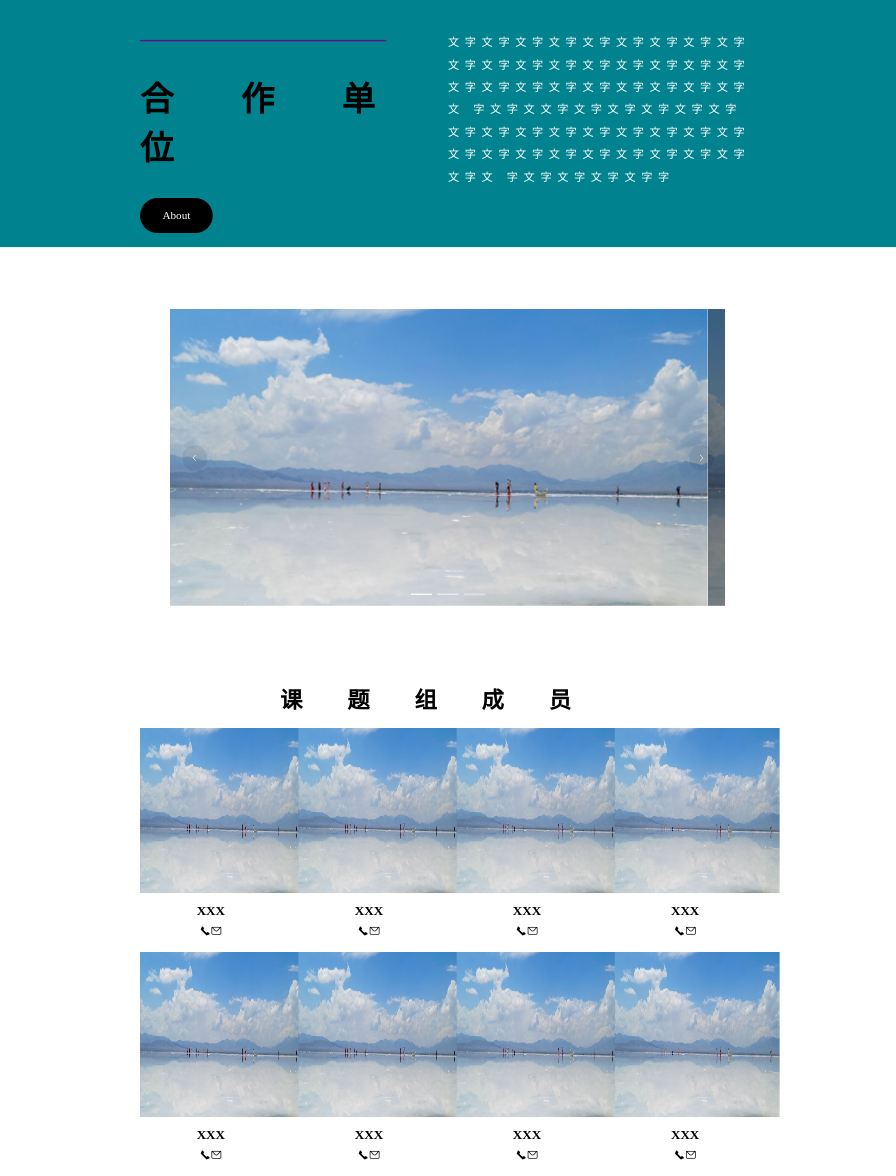
Repository: BLSY/xzust
Page: /
The author's editor kept a copy of each file at every save. The page is drawn from the files as they stood at one save, then again after the next save.
The browser window is 1280 px wide. The pictures show the part of the page from y = 940 to 2860 px (the page is 2620 px tall before and 2860 px after), at 70% of full size.
The project was rebuilt for these pictures with package versions that can differ from the ones it lists, and the page was loaded fresh each time.

Above is the page before, as saved 2022-11-27 11:54:56.

### index.html
<!DOCTYPE html>
<html>
  <head>
    <meta charset="utf-8">
    <meta name="viewport" content="width=device-width,initial-scale=1.0">
    <title>student</title>
  </head>
  <body style="margin:0;">
    <div id="app"></div>
    <!-- built files will be auto injected -->
  </body>
</html>

### src/main.js
// The Vue build version to load with the `import` command
// (runtime-only or standalone) has been set in webpack.base.conf with an alias.
import Vue from 'vue'
import App from './App'
import ElementUI from 'element-ui';
import 'element-ui/lib/theme-chalk/index.css';
import router from './router'

Vue.use(ElementUI);
Vue.config.productionTip = false

/* eslint-disable no-new */
new Vue({
  el: '#app',
  router,
  components: { App },
  template: '<App/>'
})

### src/App.vue
<template>
  <div id="app">
    <router-view/>
  </div>
</template>

<script>
export default {
  name: 'App'
}
</script>

<style>
#app {

}
</style>

### src/components/HelloWorld.vue
<template>
  <div class="indexBox">
    <div class="nav">
      <div class="login">LOGO</div>
      <div class="navList">
        <el-menu
          :default-active="activeIndex2"
          class="el-menu-demo"
          mode="horizontal"
          @select="handleSelect"
          background-color="#fff"
          text-color="#00356B"
          active-text-color="#fff"
        >
          <el-menu-item index="1">首页</el-menu-item>
          <el-submenu index="2">
            <template slot="title">业绩成果</template>
            <el-menu-item index="2-1">选项1</el-menu-item>
            <el-menu-item index="2-2">选项2</el-menu-item>
            <el-menu-item index="2-3">选项3</el-menu-item>
          </el-submenu>
          <el-menu-item index="3">在研工作</el-menu-item>
          <el-menu-item index="4">服务咨询</el-menu-item>
          <el-menu-item index="5">联系我们</el-menu-item>
        </el-menu>
      </div>
      <div class="serch">
        <el-input
          placeholder="请输入内容"
          prefix-icon="el-icon-search"
          v-model="input2"
        >
        </el-input>
      </div>
    </div>
    <div class="top">
      <div class="toptext">
        <h3 class="h-text">西藏农牧学院水利水电工程</h3>
        <h3 class="h-text" >郭永刚老师课题组</h3>
        <div class="detil">
          文字文字文字文字文字文字文字文字文字文字文字文字文字文字文字文字文字文字文字文字文字文字文字文字文字文字文字文字文字文字
        </div>

      </div>
      <div class="starvidio">
        </div>
    </div>
    <div class="team">
      <div class="team-left">
        <div class="line"></div>
        <h3 class="team-title">团队简介</h3>
        <div class="team-icon">About</div>
      </div>
      <div class="team-right">
        <div class="team-text">
          文字文字文字文字文字文字文字文字文字文字文字文字文字文字文字文字文字文字文字文字文字文字文字文字文字文字文字文
          字文字文文字文字文字文字文字文字文字文字文字文字文字文字文字文字文字文字文字文字文字文字文字文字文字文字文字文
          字文字文字文字文字字
        </div>

      </div>
    </div>
     <div class="cooperation">
      <div class="cooperation-left">
        <div class="line"></div>
        <h3 class="cooperation-title">合作单位</h3>
        <div class="cooperation-icon">About</div>
      </div>
      <div class="cooperation-right">
        <div class="cooperation-text">
          文字文字文字文字文字文字文字文字文字文字文字文字文字文字文字文字文字文字文字文字文字文字文字文字文字文字文字文
          字文字文文字文字文字文字文字文字文字文字文字文字文字文字文字文字文字文字文字文字文字文字文字文字文字文字文字文
          字文字文字文字文字字
        </div>

      </div>
    </div>
    <div class="preject">
      <div class="carousel">
         <el-carousel :interval="5000" arrow="always" height="425px">
          <el-carousel-item v-for="(item,index) in imgList" :key="index">
            <img :src="item.idView"  class="image">
          </el-carousel-item>
        </el-carousel>
      </div>

    </div>
    <div class="group">
      <h3 class="group-title">课题组成员</h3>
      <div class="showMessage" >
        <div class="show-item" v-for="(item,index) in groupList" :key="index">
          <el-image
            style="width: 236px; height: 236px"
            :src="item.imgs"
            :fit="fit"></el-image>
            <h3>{{item.name}}</h3>
            <div class="show-detile">
              {{item.detaile}}
            </div>
            <div class="show-icon">
              <div class="icon-circle">
                <i class="el-icon-phone"></i>
              </div>
              <div class="icon-circle">
                <i class="el-icon-message"> </i>
              </div>
            </div>
        </div>
      </div>
    </div>
  </div>
</template>

<script>
export default {
  name: "HelloWorld",
  data() {
    return {
      activeIndex2: "1",
      input2: "",
      imgList:[
        {idView:require('../assets/preject.jpg')},
        {idView:require('../assets/black-preject.jpg')},
        {idView:require('../assets/topbackg.jpg')}
      ],
      groupList:[
        {imgs: require('../assets/preject.jpg'),name:'XXX',detail:'文本文本文本文本文本文本文本文本文本文本文本文本文本文本文本文本文本文本文本文本文本文本文本文本文本文本文本'},
        {imgs: require('../assets/preject.jpg'),name:'XXX',detail:'文本文本文本文本文本文本文本文本文本文本文本文本文本文本文本文本文本文本文本文本文本文本文本文本文本文本文本'},
        {imgs: require('../assets/preject.jpg'),name:'XXX',detail:'文本文本文本文本文本文本文本文本文本文本文本文本文本文本文本文本文本文本文本文本文本文本文本文本文本文本文本'},
        {imgs: require('../assets/preject.jpg'),name:'XXX',detail:'文本文本文本文本文本文本文本文本文本文本文本文本文本文本文本文本文本文本文本文本文本文本文本文本文本文本文本'},
        {imgs: require('../assets/preject.jpg'),name:'XXX',detail:'文本文本文本文本文本文本文本文本文本文本文本文本文本文本文本文本文本文本文本文本文本文本文本文本文本文本文本'},
        {imgs: require('../assets/preject.jpg'),name:'XXX',detail:'文本文本文本文本文本文本文本文本文本文本文本文本文本文本文本文本文本文本文本文本文本文本文本文本文本文本文本'},
        {imgs: require('../assets/preject.jpg'),name:'XXX',detail:'文本文本文本文本文本文本文本文本文本文本文本文本文本文本文本文本文本文本文本文本文本文本文本文本文本文本文本'},
        {imgs: require('../assets/preject.jpg'),name:'XXX',detail:'文本文本文本文本文本文本文本文本文本文本文本文本文本文本文本文本文本文本文本文本文本文本文本文本文本文本文本'}
        ]
    };
  },
  props: {
    msg: String,
  },
  methods: {
    handleSelect(key, keyPath) {
      console.log(key, keyPath);
    },
  },
};
</script>

<!-- Add "scoped" attribute to limit CSS to this component only -->
<style scoped >
*{
  list-style: none;
  box-sizing: border-box;
}
h3{
  margin: 0;
  padding: 0;
  margin: 10px 0;
}
html{
  font-size: 16px;
}
.indexBox {
  width: 100%;
  height: 100%;
  position: relative;
  box-sizing: border-box;
}
.nav {
  display: flex;
  align-items: center;
  justify-content: center;
  padding: 0 200px;
}
.login {
  flex: 1;
  display: inline-block;
  font-size: 3em;
  font-weight: bold;
  color: #00356B;
  font-family: MicrosoftYaHei;
  margin-right: 100px;
}
.navList{
  flex: 4;
  display: inline-block;
  min-width:55%;
  font-size: 2em;
}
.serch{
  flex: 1;
  display: inline-block;
  margin-left:30px ;
}
.el-menu-item.is-active{
  background: #00356B !important;
}
.top{
  box-sizing: border-box;
  background: url(../assets/topbackg.jpg) no-repeat;
  background-size:100% 100% ;
  position: relative;
  height: 500px;
  display: flex;
  align-items: center;
  justify-content: center;
  /* text-align: center; */
  overflow: hidden;
  padding: 0 200px;
}
  .toptext{
    display: inline-block;
    margin-top: 20px;
    width: 70%;
    text-align: left;
  }
  .h-text{
    display: inline-block;
    color: #00356B;
    font-size: 3em;
    letter-spacing:20px;
  }
  .detil{
    margin-top: 20px;
    display: inline-block;
    width:70%;
    font-size: 1em;
    text-align: left;
    letter-spacing: 0.5em;
    color:#333;
  }
  .starvidio{
    background: url(../assets/bapfang.png) no-repeat;
    background-size:100% 100% ;
    position: absolute;
    bottom: 20px;
    right: 60px;
    height: 60px;
    width: 60px;
  }
  .team{
    height: 366px;
    display: flex;
    flex-direction: row;
    align-items: center;
    justify-content: space-between;
    padding: 0 200px;
  }
  .team-left{
    height: 250px;
    flex: 1;
    text-align: cente;
    display: inline-block;
    vertical-align: top;
  }
  .team-right{
    height: 250px;
    flex: 1;
    display: inline-block;
    vertical-align: top;
  }
  .team-text{
    text-align: left;
   letter-spacing:0.5em;
   line-height: 2em;
  }
  .team-title{
    color: #00356B;
    font-size: 3em;
    letter-spacing:2em;
    margin: 40px 0;
  }
  .line{
    display: inline-block;
    margin: auto;
    width: 80%;
    border: 1px solid #5D0E8B;
  }
  .team-icon{
    text-align: center;
    width: 104px;
    height: 50px;
    line-height: 50px;
    color: #fff;
    font-size: 1em;
    background: #00356B;
    border-radius: 25px;
  }
  .cooperation{
    height: 366px;
    display: flex;
    background:#00838F ;
    flex-direction: row;
    align-items: center;
    justify-content: space-between;
    padding: 0 200px;
  }
   .cooperation-left{
    height: 250px;
    flex: 1;
    text-align: cente;
    display: inline-block;
    vertical-align: top;
  }
  .cooperation-right{
    height: 250px;
    flex: 1;
    display: inline-block;
    vertical-align: top;
  }
  .cooperation-text{
    text-align: left;
   letter-spacing:0.5em;
   line-height: 2em;
   color: #fff;
  }
  .cooperation-title{
    color: #000;
    font-size: 3em;
    letter-spacing:2em;
    margin: 40px 0;
  }

  .cooperation-icon{
    text-align: center;
    width: 104px;
    height: 50px;
    line-height: 50px;
    color: #fff;
    font-size: 1em;
    background: #000000;
    border-radius: 25px;
  }
.preject{
  /* height: 366px; */
  display: flex;
  justify-content: center;
  flex-direction: row;
  align-items: center;
  padding: 0 200px;
}
.carousel{
  margin: 88px auto;
  height: 425px;
  width: 90%;
}
/* 轮播图无图片样式 有图片可删除 */

  .image{
    width: 100%;
    height: inherit;
  }
  .group{
    text-align: center;
    display: flex;
    justify-content: center;
    flex-direction: column;
    align-items: center;
    padding: 0 200px;

  }
  .group-title{
    color: #000;
    font-size: 2em;
    letter-spacing:2em;
    margin: 20px 0;
  }
  .showMessage{
    display: flex;
    flex-direction: row;
    flex-wrap: wrap;
    align-items: center;
    justify-content: space-between;
  }
  .show-item{
    width: 23%;
    display: inline-block;
    margin-bottom: 20px;
  }
  .show-icon{
  }
  .icon-circle{
    display: inline-block;
    }
</style>

Loaded but not shown: src/router/index.js (common file)

After the next save:
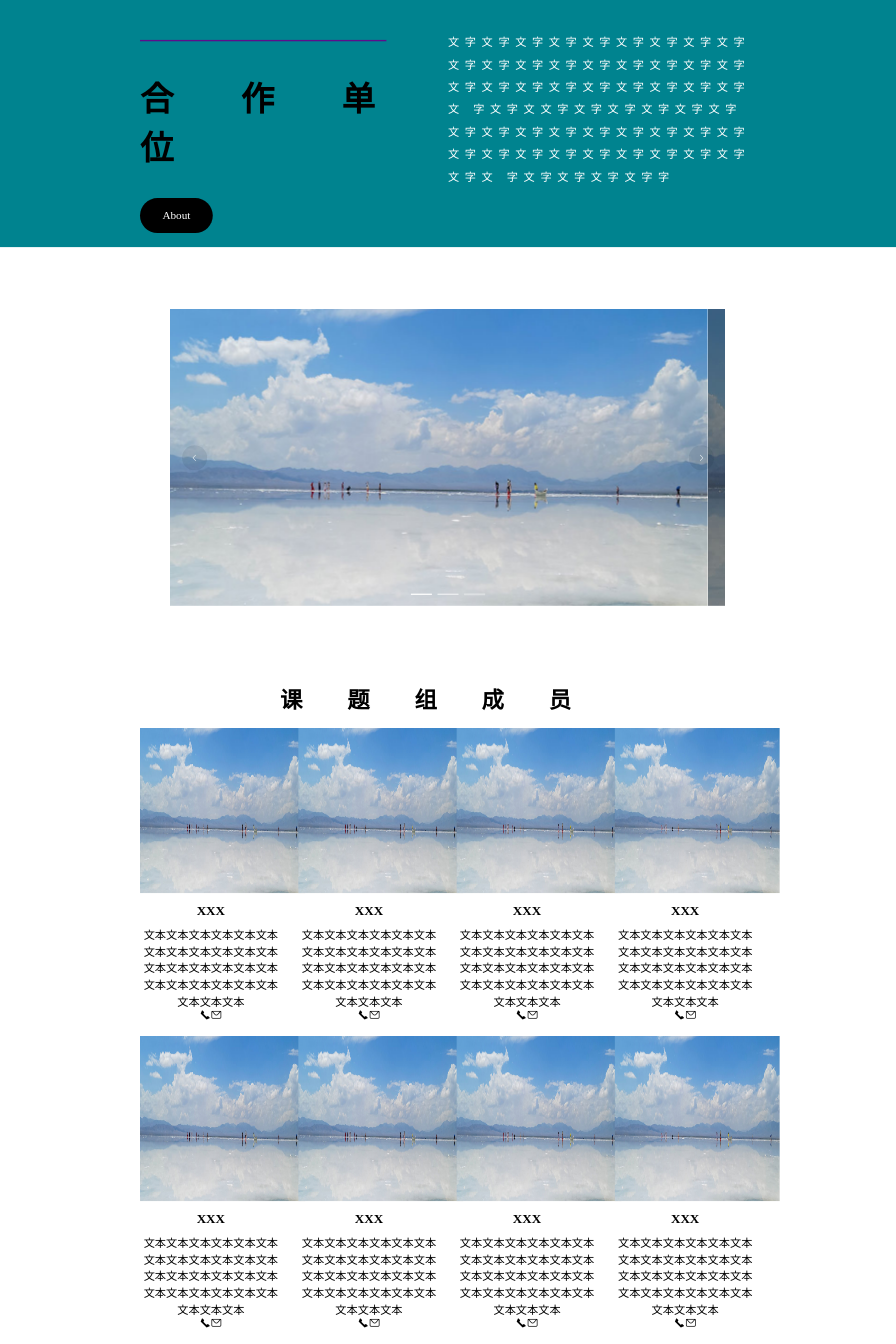
Saved 19 s later.
--- a/src/components/HelloWorld.vue
+++ b/src/components/HelloWorld.vue
@@ -95,7 +95,7 @@
             :fit="fit"></el-image>
             <h3>{{item.name}}</h3>
             <div class="show-detile">
-              {{item.detaile}}
+              {{item.detail}}
             </div>
             <div class="show-icon">
               <div class="icon-circle">
